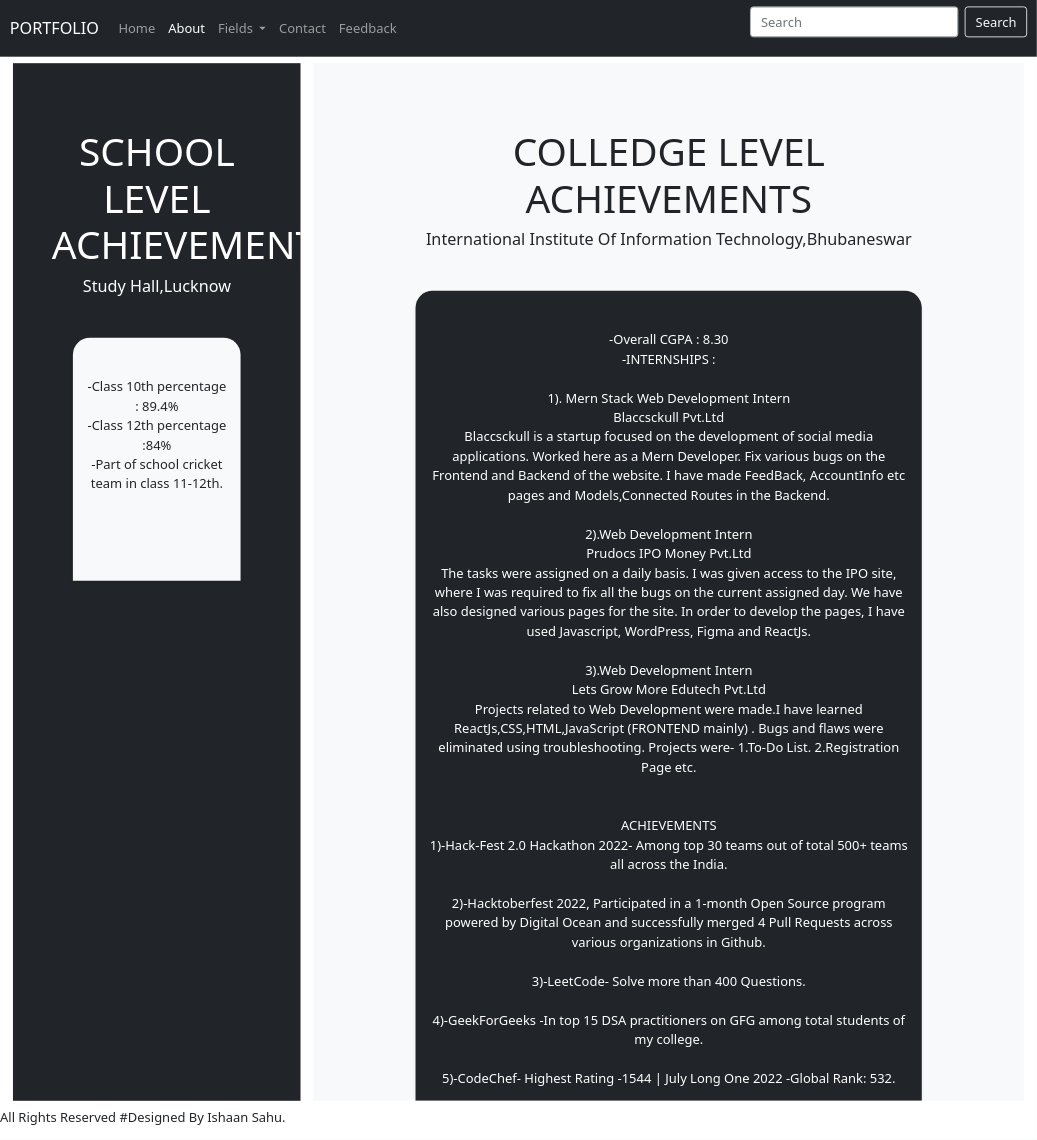
Repository: ishaan51551/Ishaan-s-Portfolio-
Page: about.html
An editor plug-in stored every save of this project. The page is shown before and after the next save, followed by the edit.
The browser window is 1280 px wide. The pictures show the whole page, at 81% of full size.

Above is the page before, as saved 2023-09-13 16:21:15.

### about.html
</body>

</html>

<!doctype html>
<html lang="en">

<head>
  <!-- Required meta tags -->
  <meta charset="utf-8">
  <meta name="viewport" content="width=device-width, initial-scale=1">

  <!-- Bootstrap CSS -->
  <link href="https://cdn.jsdelivr.net/npm/bootstrap@5.1.1/dist/css/bootstrap.min.css" rel="stylesheet"
    integrity="sha384-F3w7mX95PdgyTmZZMECAngseQB83DfGTowi0iMjiWaeVhAn4FJkqJByhZMI3AhiU" crossorigin="anonymous">

  <title>Ishaan Sahu Portfolio</title>
</head>

<body>


  <!-- NAVBAR -->
  <nav class="navbar navbar-expand-lg navbar-dark bg-dark">
    <div class="container-fluid">
      <a class="navbar-brand" href="#">PORTFOLIO </a>
      <button class="navbar-toggler" type="button" data-bs-toggle="collapse" data-bs-target="#navbarSupportedContent"
        aria-controls="navbarSupportedContent" aria-expanded="false" aria-label="Toggle navigation">
        <span class="navbar-toggler-icon"></span>
      </button>
      <div class="collapse navbar-collapse" id="navbarSupportedContent">
        <ul class="navbar-nav me-auto mb-2 mb-lg-0">
          <li class="nav-item">
            <a class="nav-link " aria-current="page" href="index.html">Home</a>
          </li>
          <li class="nav-item">
            <a class="nav-link active" href="/about.html">About</a>
          </li>
          <li class="nav-item dropdown">
            <a class="nav-link dropdown-toggle" href="#" id="navbarDropdown" role="button" data-bs-toggle="dropdown"
              aria-expanded="false">
              Fields
            </a>
            <ul class="dropdown-menu" aria-labelledby="navbarDropdown">
              <li><a class="dropdown-item" href="programming.html">Programming</a></li>
              <li><a class="dropdown-item" href="webdev.html">Web Devlopment</a></li>
              <li>
                <hr class="dropdown-divider">
              </li>
              <li><a class="dropdown-item" href="extracurricular.html">Extra Curricular</a></li>
            </ul>
          </li>
          <li class="nav-item">
            <a class="nav-link " aria-current="page" href="contact.html">Contact</a>
          </li>

          <li class="nav-item">
            <a class="nav-link" href="feedback.html">Feedback</a>

          </li>

        </ul>
        <form class="d-flex">
          <input class="form-control me-2" type="search" placeholder="Search" aria-label="Search">
          <button class="btn btn-outline-light" type="submit">Search</button>

        </form>
      </div>
    </div>
  </nav>

  <!-- Optional JavaScript; choose one of the two! -->

  <!-- Option 1: Bootstrap Bundle with Popper -->
  <script src="https://cdn.jsdelivr.net/npm/bootstrap@5.1.1/dist/js/bootstrap.bundle.min.js"
    integrity="sha384-/bQdsTh/da6pkI1MST/rWKFNjaCP5gBSY4sEBT38Q/9RBh9AH40zEOg7Hlq2THRZ"
    crossorigin="anonymous"></script>



  <!-- boxes -->
  <div class="d-md-flex flex-md-equal w-100my-md-3 ps-md-3 my-2 justify-content-center align item center">
    <div class="bg-dark me-md-3 pt-3 px-3 pt-md-5 px-md-5 text-center text-white overflow-hidden">
      <div class="my-3 py-3 ">
        <h2 class="display-5">SCHOOL LEVEL ACHIEVEMENTS</h2>
        <p class="lead">Study Hall,Lucknow</p>
      </div>
      <div class="bg-light shadow-sm mx-auto" style="width: 80%; height: 300px; border-radius: 21px 21px 0 0;">
        <p class="dance text-dark overfow-hidden text-center px-3 py-5">-Class 10th percentage : 89.4%</br>
          -Class 12th percentage :84%</br>
          -Part of school cricket team in class 11-12th.<br>
        </p>

      </div>
    </div>
    <div class="bg-light me-md-3 pt-3 px-3 pt-md-5 px-md-5 text-center overflow-hidden">
      <div class="my-3 p-3">
        <h2 class="display-5">COLLEDGE LEVEL ACHIEVEMENTS</h2>
        <p class="lead">International Institute Of Information Technology,Bhubaneswar</p>
      </div>
      <div class="bg-dark shadow-sm mx-auto" style="width: 80%; height: 1000px; border-radius: 21px 21px 0 0;">
        <p class="swing text-white text-center px-3 py-5">
          -Overall CGPA : 8.30</br>
          -INTERNSHIPS :</br>
          <br>
          1). Mern Stack Web Development Intern<br>
          Blaccsckull Pvt.Ltd<br>
          Blaccsckull is a startup focused on the development of social media applications. Worked here as a Mern
          Developer.
          Fix various bugs on the Frontend and Backend of the website.
          I have made FeedBack, AccountInfo etc pages and Models,Connected Routes in the Backend.
          <br>
          <br>
          2).Web Development Intern<br>
          Prudocs IPO Money Pvt.Ltd<br>
          The tasks were assigned on a daily basis.
          I was given access to the IPO site, where I was required to fix all the bugs on the current assigned day. We
          have also designed various pages for the site.
          In order to develop the pages, I have used Javascript, WordPress, Figma and ReactJs.
          <br>
          <br>
          3).Web Development Intern<br>
          Lets Grow More Edutech Pvt.Ltd<br>
          Projects related to Web Development were made.I have learned ReactJs,CSS,HTML,JavaScript (FRONTEND mainly) .
          Bugs and flaws were eliminated using troubleshooting.
          Projects were-
          1.To-Do List.
          2.Registration Page etc.
          <br><br><br>
          ACHIEVEMENTS<br>
          1)-Hack-Fest 2.0 Hackathon 2022- Among top 30 teams out of total 500+ teams all across the India.<br><br>
          2)-Hacktoberfest 2022, Participated in a 1-month Open Source program powered by Digital Ocean and successfully
          merged 4 Pull Requests across various organizations in Github.<br><br>
          3)-LeetCode- Solve more than 400 Questions.<br><br>
          4)-GeekForGeeks -In top 15 DSA practitioners on GFG among total students of my college. <br><br>
          5)-CodeChef- Highest Rating -1544 | July Long One 2022 -Global Rank: 532.<br><br>

        </p>
        </p>
      </div>
    </div>
  </div>

  <!-- FOOTER  -->
  <footer class="blog-footer">
    <p>All Rights Reserved #Designed By Ishaan Sahu.</p>
    <p>

    </p>
  </footer>
</body>

</html>

After the next save:
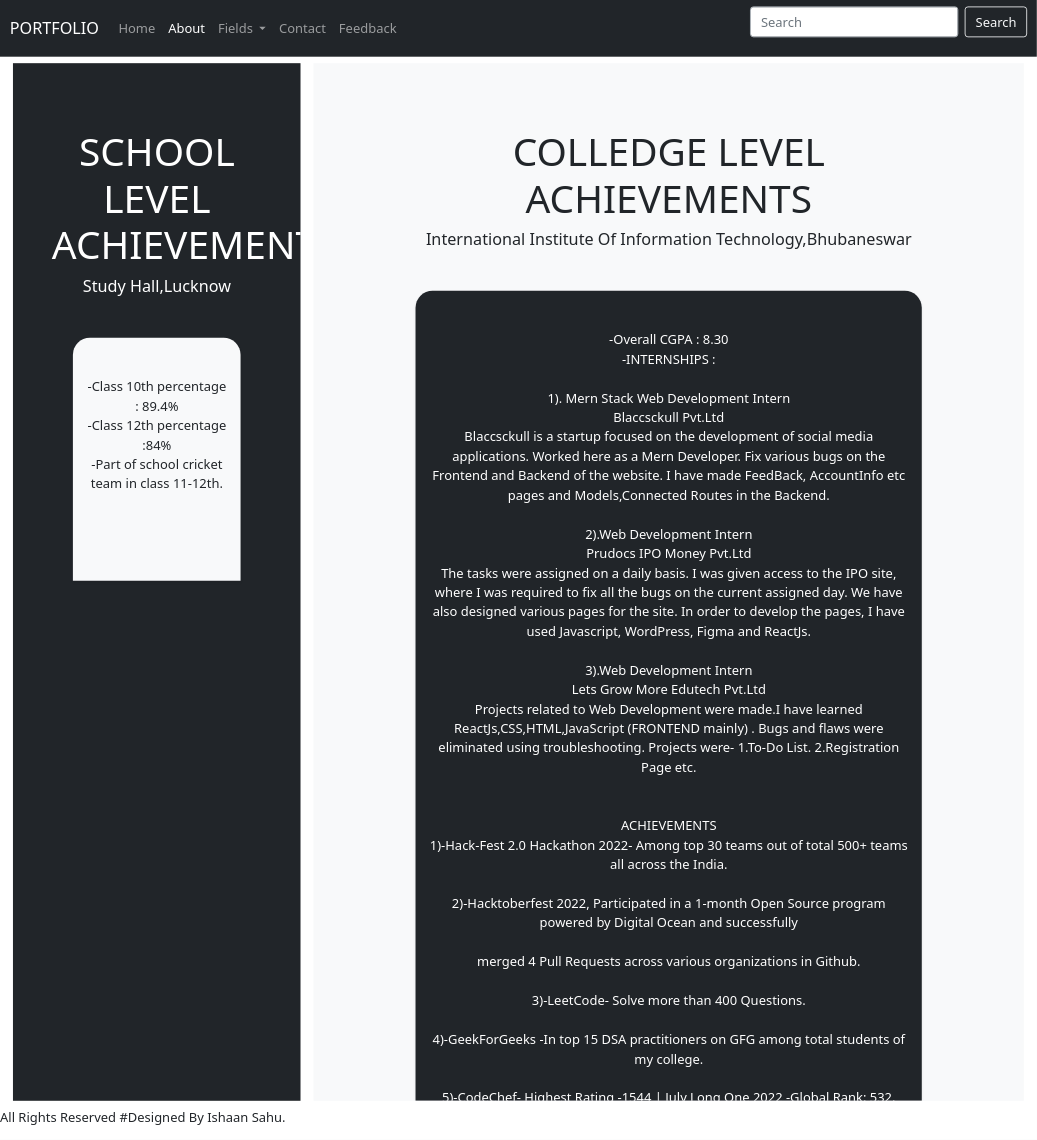
Saved 10 s later.
--- a/about.html
+++ b/about.html
@@ -129,7 +129,7 @@
           <br><br><br>
           ACHIEVEMENTS<br>
           1)-Hack-Fest 2.0 Hackathon 2022- Among top 30 teams out of total 500+ teams all across the India.<br><br>
-          2)-Hacktoberfest 2022, Participated in a 1-month Open Source program powered by Digital Ocean and successfully
+          2)-Hacktoberfest 2022, Participated in a 1-month Open Source program powered by Digital Ocean and successfully<br><br>
           merged 4 Pull Requests across various organizations in Github.<br><br>
           3)-LeetCode- Solve more than 400 Questions.<br><br>
           4)-GeekForGeeks -In top 15 DSA practitioners on GFG among total students of my college. <br><br>
